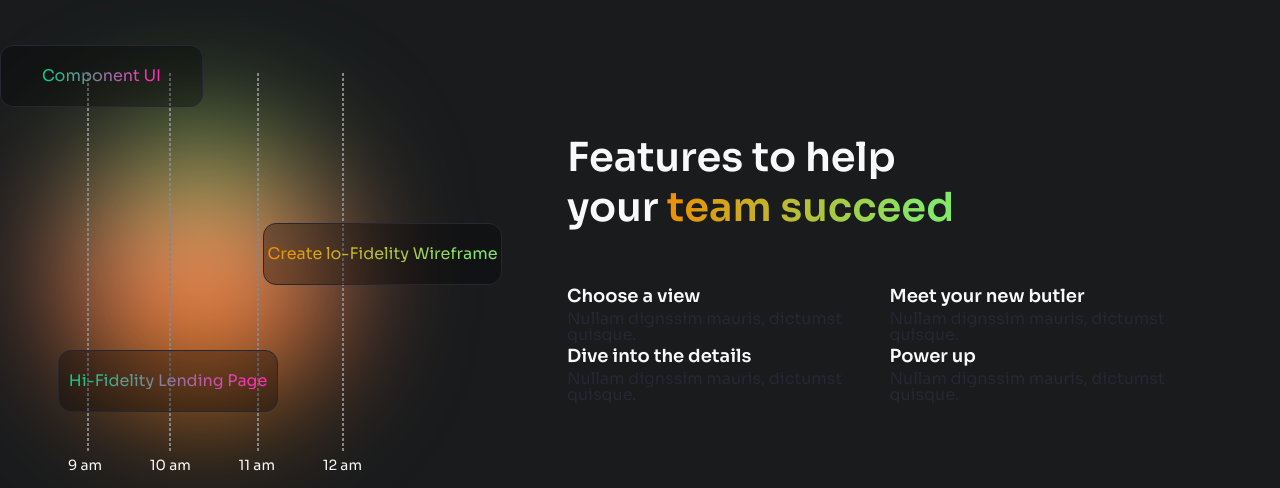
Repository: anhthiethumg/Task_Managerment_Website
Page: index.html
These files come from the project's save history. The page is drawn as it stood at one moment and after a run of saves; the edit follows.
The browser window is 1280 px wide. The pictures show the part of the page from y = 2400 to 2904 px (the page is 2888 px tall before and 2904 px after).
A picture or video elsewhere on the page could not be fetched, so the positions and the page height are approximate.

Above is the page before, as saved 2023-07-31 09:09:25.

### index.html
<!DOCTYPE html>
<html lang="en">
  <head>
    <meta charset="UTF-8" />
    <meta name="viewport" content="width=device-width, initial-scale=1.0" />
    <title>Task Managerment Website</title>
    <!-- Reset Css -->
    <link rel="stylesheet" href="./assets/css/reset.css" />

    <!-- CSS -->
    <link rel="stylesheet" href="./assets/css/styles.css" />

    <!-- Embed Font-->

    <link rel="preconnect" href="https://fonts.googleapis.com" />
    <link rel="preconnect" href="https://fonts.gstatic.com" crossorigin />
    <link
      href="https://fonts.googleapis.com/css2?family=Sora:wght@400;600;700;800&display=swap"
      rel="stylesheet"
    />
  </head>
  <body>
    <!-- Header -->
    <section class="header">
      <div class="container">
        <navbar class="row nav">
          <img src="./assets/image/logo.svg" alt="Task." />
          <div class="nav-list">
            <a class="nav-item" href="#!">Home</a>
            <a class="nav-item" href="#!">Products</a>
            <a class="nav-item" href="#!">Guidlines</a>
            <a class="nav-item" href="#!">Guidlines</a>
          </div>
          <button class="btn nav-btn">Sign In</button>
        </navbar>
        <section class="hero">
          <div class="row hero__content">
            <div class="stacked-circles">
              <div class="circles"></div>
              <div class="circles"></div>
              <div class="circles"></div>
              <div class="circles"></div>
            </div>
            <div class="hero--content__heading">
              <h1 class="hero__heading">
                Make <span class="heading__liner">Management</span> Way More
                Easier Than Ever
              </h1>
              <p class="hero__desc section-desc">
                The online collaborative management platform to bring more
                efficiency and performace
              </p>
              <div class="hero-btn row">
                <button type="button" class="btn hero__btn">
                  Request Demo
                </button>
                <button type="button" class="btn hero__btn">Contact Us</button>
              </div>
            </div>
            <div class="stacked-circles">
              <div class="circles"></div>
              <div class="circles"></div>
              <div class="circles"></div>
              <div class="circles"></div>
            </div>
          </div>
          <section class="task-manager row">
            <sidebar class="sidebar">
              <div class="row sidebar__header">
                <img
                  src="./assets/icons/icon-sidebar.svg"
                  alt="icon-sidebar"
                  class="icon__sidebar"
                />
                <img
                  src="./assets/icons/dashboard-icon.svg"
                  alt="dashboard-icon"
                  class="dashboard-icon"
                />
                <h4 class="sidebar__heading">Dashboard</h4>
              </div>
              <div class="sidebar__list">
                <h4 class="sidebar__list--heading">Collections</h4>
                <div class="sidebar__list--item">
                  <h5 class="sidebar__item--content">School</h5>
                </div>
                <div class="sidebar__list--item">
                  <h5 class="sidebar__item--content">Personal</h5>
                </div>
              </div>
            </sidebar>
            <section class="task-manager__section">
              <div class="task__header row">
                <img src="./assets/icons/school.png" alt="Back" class="back" />
                <img
                  src="./assets/icons/contact us icon.png"
                  alt="Contact"
                  class="contact-us"
                />
              </div>
              <div class="task__content row">
                <div class="list--work">
                  <div class="list-sort">Sort</div>
                  <div class="work--item">Finish the Easay collaboration</div>
                  <div class="work--item">Do the math for next monday</div>
                  <div class="work--item">
                    Read the next chapter of the book
                  </div>
                  <div class="work--item">
                    Send the collabaration files to jerusha
                  </div>
                  <div class="work--item">
                    Finish the powerpoint presentation
                  </div>
                  <div class="work--item">Add task</div>
                </div>
                <div class="daily-task">
                  <div class="dailytask__heading">Daily task.</div>
                  <img
                    class="dailytask__img"
                    src="./assets/image/Rectangle 50.png"
                    alt="Daily task"
                  />
                </div>
              </div>
              <div class="card">
                <div class="card__heading">Collections</div>
                <div class="card__list">
                  <div class="card__item">
                    <div class="card__item--icon"></div>
                    <div class="card__item--content">
                      <h4 class="card__item--title">School</h4>
                      <p class="card__item--desc">4 task plus tomorrow.</p>
                    </div>
                  </div>
                  <div class="card__item">
                    <div class="card__item--icon"></div>
                    <div class="card__item--content">
                      <h4 class="card__item--title">Personal</h4>
                      <p class="card__item--desc">1 task plus today.</p>
                    </div>
                  </div>
                  <div class="card__item">
                    <div class="card__item--icon"></div>
                    <div class="card__item--content">
                      <h4 class="card__item--title">Design</h4>
                      <p class="card__item--desc">3 task plus rewt week.</p>
                    </div>
                  </div>
                </div>
              </div>
            </section>
          </section>
        </section>
      </div>
    </section>

    <!-- Main -->
    <main class="main">
      <div class="container">
        <!-- Services -->
        <section class="services">
          <div class="services__icon--list">
            <div class="services__icon--bg">
              <img
                src="./assets/icons/report.png"
                alt="Report"
                class="services__icon"
              />
            </div>
            <img src="./assets/icons/dash line-1.svg" alt="dash-line" />
            <div class="services__icon--bg">
              <img
                src="./assets/icons/server.png"
                alt="Server"
                class="services__icon"
              />
            </div>

            <img src="./assets/icons/dash line-1.svg" alt="dash-line" />
            <div class="services__icon--bg">
              <img
                src="./assets/icons/support.png"
                alt="Support"
                class="services__icon"
              />
            </div>
          </div>
          <div class="services__list row">
            <div class="services__items">
              <h3 class="services__heading">Structured Reports</h3>
              <p class="services__desc">
                Sed rhoncus sit sed tellus donec lorem lectus nunc, ornare
              </p>
            </div>
            <div class="services__items">
              <h3 class="services__heading">Cloud System</h3>
              <p class="services__desc">
                Sed rhoncus sit sed tellus donec lorem lectus nunc, ornare
              </p>
            </div>
            <div class="services__items">
              <h3 class="services__heading">24/7 Support</h3>
              <p class="services__desc">
                Sed rhoncus sit sed tellus donec lorem lectus nunc, ornare
              </p>
            </div>
          </div>
        </section>

        <!-- Static -->

        <section class="static row">
          <section class="static__content">
            <h2 class="static__heading section__heading">
              Okay, <span class="heading__liner">Let’s</span> see D’task in
              numbers
            </h2>
            <p class="static__desc section__desc">
              Powering a productive team means using a powerful tool (and plenty
              of snacks). From meetings and projects to events and goal setting,
              D'taak intuitive features give any team the ability to quickly set
              up and customize workflows for just about anything
            </p>
            <div class="static__dot row">
              <div class="dot"></div>
              <div class="dot"></div>
              <div class="dot"></div>
            </div>
            <div class="static__list row">
              <div class="static__item">
                <div class="static--item__number">12M</div>
                <div class="static--item__title">Support</div>
              </div>
              <div class="static__item">
                <div class="static--item__number">16</div>
                <div class="static--item__title">Active User</div>
              </div>
              <div class="static__item">
                <div class="static--item__number">7/24</div>
                <div class="static--item__title">Languages</div>
              </div>
            </div>
          </section>
          <div class="static__media">
            <img
              class="static--media__bg"
              src="./assets/image/static_background.svg"
              alt="background"
            />
            <div class="dash-shape"></div>
            <div class="dash-shape"></div>
            <div class="dash-shape"></div>
            <div class="dash-shape"></div>
            <!-- <div class="static--media__item row">
              <h3 class="static--media__title ">
                <span class="heading__liner">Online Support</span>
              </h3>
              <img class="static--media__icons" src = "./assets/icons/video-button.svg"/>
            </div>
            <div class="static--media__item row">
              <h3 class="static--media__title ">
                <span class="heading__liner">Exercitation</span>
              </h3>
              <img class="static--media__icons" src = "./assets/icons/Exercitation-icon.svg"/>
            </div>
            <div class="static--media__item row">
              <h3 class="static--media__title ">
                <span class="heading__liner">D’ task</span>
              </h3>
              <img class="static--media__icons" src = "./assets/icons/video-button.svg"/>
            </div>
            <div class="static--media__item row">
              <h3 class="static--media__title ">
                <span class="heading__liner">Design</span>
              </h3>
              <img class="static--media__icons" src = "./assets/icons/video-button.svg"/>
            </div> -->
          </div>
        </section>
      </div>
      <!-- Features -->
      <section class="features">
        <div class="container row">
          <div class="feature__meida">
            <div class="shape--blur"></div>
            <div class="block--line">
              <div class="dash--line">
                <div class="line"></div>
                <div class="dash-line__content">9 am</div>
              </div>
              <div class="dash--line">
                <div class="line"></div>
                <div class="dash-line__content">10 am</div>
              </div>
              <div class="dash--line">
                <div class="line"></div>
                <div class="dash-line__content">11 am</div>
              </div>
              <div class="dash--line">
                <div class="line"></div>
                <div class="dash-line__content">12 am</div>
              </div>
            </div>
            <div class="feature--btn">
              <div class="feature__btn btn">
                <span class="heading__liner"> Component UI </span>
              </div>
              <div class="feature__btn btn">
                <span class="heading__liner">
                  Create lo-Fidelity Wireframe
                </span>
              </div>
              <div class="feature__btn btn">
                <span class="heading__liner"> Hi-Fidelity Lending Page </span>
              </div>
            </div>
          </div>
          <div class="feature__content">
            <h2 class="section__heading feature__heading">
              Features to help your
              <span class="heading__liner"> team succeed </span>
            </h2>
            <div class="feature__list">
              <div class="feature__item">
                <h3 class="feature--item__title">Choose a view</h3>
                <p class="feature__desc">
                  Nullam dignssim mauris, dictumst quisque.
                </p>
              </div>
              <div class="feature__item">
                <h3 class="feature--item__title">Meet your new butler</h3>
                <p class="feature__desc">
                  Nullam dignssim mauris, dictumst quisque.
                </p>
              </div>
              <div class="feature__item">
                <h3 class="feature--item__title">Dive into the details</h3>
                <p class="feature__desc">
                  Nullam dignssim mauris, dictumst quisque.
                </p>
              </div>
              <div class="feature__item">
                <h3 class="feature--item__title">Power up</h3>
                <p class="feature__desc">
                  Nullam dignssim mauris, dictumst quisque.
                </p>
              </div>
            </div>
          </div>
        </div>
      </section>
    </main>
  </body>
</html>

### assets/css/styles.css
* {
  box-sizing: border-box;
}

html {
  font-size: 62.5%;
}

:root {
  color: var(--text-color-gray-2, #282c30);
  color: var(--text-color-white, #f9f9f9);
  color: var(
    --primary-color-leniar-color,
    linear-gradient(90deg, #eb9204 1.67%, #83e868 89.99%)
  );
  color: var(--primary-color-background, #131517);
  color: var(--text-color-dark-blue, #272633);
}

body {
  font-size: 1.6rem;
  font-family: "Sora", sans-serif;
  background: var(--primary-color-background, #131517);
}

/* Common */

a {
  text-decoration: none;
}

.container {
  width: 1144px;
  margin: 0 auto;
}

.row {
  display: flex;
}

.btn {
  width: 110px;
  height: 40px;
  border-radius: 8px;
  border: 1px solid var(--text-color-dark-blue, #272633);
  background: #131517;
  text-align: center;
}

.section__desc {
  color: var(--text-color-gray-1, #858b93);
  text-align: center;
  font-size: 1.6rem;
  font-weight: 400;
  line-height: 1.625;
}

.section__heading {
  color: var(--text-color-white, #f9f9f9);
  font-size: 4rem;
  font-weight: 600;
}
/* Header */

.header {
  margin-top: 40px;
  margin-bottom: 140px;
  padding-top: 10px;
}

/* Navbar */

.nav {
  justify-content: space-between;
  align-items: center;
  height: 40px;
  margin-bottom: 157px;
}

.nav-item {
  margin-right: 36px;
  color: var(--text-color-gray-1, #858b93);
  font-size: 1.6rem;
  font-weight: 400;
  line-height: 1.5;
}

.nav-item:hover {
  color: var(--text-color-white, #f9f9f9);
  text-decoration: underline;
}

.nav-btn {
  background: var(
    --primary-color-leniar-color,
    linear-gradient(90deg, #eb9204 1.67%, #83e868 89.99%)
  );
  background-clip: text;
  -webkit-background-clip: text;
  -webkit-text-fill-color: transparent;
  font-size: 1.6rem;
  font-weight: 400;
  line-height: 1.5;
}

/* hero-content */
.hero__content {
  padding: 0 25px;
  justify-content: space-between;
}
.hero__heading {
  margin: 0 auto 34px;
  width: 783px;
  color: var(--text-color-white, #f9f9f9);
  text-align: center;
  font-size: 6rem;
  font-weight: 700;
  line-height: 1.17;
}

.heading__liner {
  background: var(
    --primary-color-leniar-color,
    linear-gradient(90deg, #eb9204 1.67%, #83e868 89.99%)
  );
  background-clip: text;
  -webkit-background-clip: text;
  -webkit-text-fill-color: transparent;
}

.hero__desc {
  width: 447px;
  margin: 0 auto 44px;
}

.hero-btn {
  justify-content: center;
  gap: 30px;
}

.hero__btn {
  margin-bottom: 111px;
  width: 199px;
  height: 54px;
  color: var(--text-color-white, #f9f9f9);
  font-size: 1.6rem;
  font-weight: 400;
  line-height: 1.625;
}

.hero__btn:hover {
  background: var(
    --primary-color-leniar-color,
    linear-gradient(90deg, #eb9204 1.67%, #83e868 89.99%)
  );
}

/* hero circle */

.stacked-circles {
  display: flex;
  flex-direction: column;
  align-items: center;
  margin-top: -75px;
}

.circles {
  fill: linear-gradient(180deg, #111118 4.96%, rgba(43, 43, 61, 0) 100%);
  box-shadow: 0px 39px 31px 0px #313141 inset;
  border-radius: 50%;
}
.circles:first-child {
  width: 121px;
  height: 121px;
  margin-bottom: 41px;
}

.circles:nth-child(2) {
  width: 39px;
  height: 39px;
  margin-bottom: 36px;
}

.circles:nth-child(3) {
  width: 25px;
  height: 25px;
  margin-bottom: 39px;
}

.circles:last-child {
  width: 14px;
  height: 14px;
  flex-shrink: 0;
}

/* task manager */

.task-manager {
  width: 848px;
  height: 366px;
  border-radius: 8px 8px 0px 0px;
  background: #1f2326;
  margin-left: 180px;
}

.sidebar {
  padding: 18px 0 0 16px;
}

.sidebar__header {
  width: 192px;
  height: 39px;
  align-items: center;
}

.icon__sidebar {
  width: 9px;
  height: 9px;
  margin-right: 25px;
}

.dashboard-icon {
  width: 13px;
  height: 11px;
  margin-right: 17px;
}

.sidebar__heading {
  color: #98989c;
  font-size: 1.4rem;
  font-weight: 600;
}

.sidebar__list--heading {
  margin: 15px 0 15px;
  color: var(--text-color-white, #f9f9f9);
  font-size: 1.4rem;
  font-weight: 600;
}

.sidebar__list--item {
  width: 192px;
  height: 39px;
  display: flex;
  align-items: center;
}

.sidebar__list--item:hover {
  background: #2b2d2f;
}
.sidebar__item--content {
  color: var(--text-color-gray-1, #858b93);
  font-size: 1.2rem;
  font-weight: 600;
  opacity: 0.6000000238418579;
  display: flex;
  align-items: center;
}

.sidebar__item--content::before {
  display: inline-block;
  content: " ";
  width: 17px;
  height: 17px;
  border-radius: 5px;
  background: #ae8ff9;
  margin-right: 10px;
}

.task-manager__section {
  position: relative;
  margin-top: 28px;
  margin-right: 15px;
  background: #0d1012;
  width: 100%;
  padding: 30px;
}

.task__header {
  margin-left: 140px;
  justify-content: space-between;
}

.list--work {
  width: 362px;
  margin-right: 52px;
}

.list-sort {
  color: #838386;
  font-size: 1.2rem;
  font-weight: 400;
  text-align: right;
  height: 30px;
}

.list-sort::before {
  display: inline-block;
  content: " ";
  width: 10px;
  height: 5px;
  border-radius: 5px;
  margin-right: 10px;
  background-image: url(../icons/sort.svg);
  margin-left: 10px;
}
.work--item {
  display: flex;
  align-items: center;
  margin-bottom: 10px;
  width: 100%;
  height: 30px;
  border-radius: 10px;
  background: #14181b;
  color: #9ea1a7;
  font-size: 1rem;
  font-weight: 300;
}

.work--item:before {
  display: inline-block;
  content: " ";
  width: 14px;
  height: 14px;
  border-radius: 5px;
  margin-right: 10px;
  background-image: url(../icons/check.svg);
  margin-left: 10px;
}

.work--item:last-child:before {
  background-image: url(../icons/add.svg);
}

.dailytask__heading {
  color: var(--text-color-white, #f9f9f9);
  font-size: 1.4rem;
  font-weight: 400;
  margin-bottom: 20px;
}

.dailytask__img {
  width: 167px;
  height: 218px;
  flex-shrink: 0;
  border-radius: 17px;
  background: rgba(13, 16, 18, 0.24);
}

.card {
  position: absolute;
  width: 216px;
  height: 335px;
  border-radius: 15px 15px 22px 22px;
  background: #0d1012;
  padding: 26px 15px;
  left: -295px;
  top: 150px;
}

.card__heading {
  color: #f9f9f9;
  font-size: 1.4rem;
  font-weight: 600;
  margin-left: 10px;
  margin-bottom: 21px;
}

.card__item {
  display: flex;
  align-items: center;
  width: 188px;
  height: 78px;
  border-radius: 13px;
  background: #14181b;
  margin-bottom: 8px;
}
.card__item--icon {
  width: 33px;
  height: 33px;
  border-radius: 12px;
  margin: 12px;
}

.card__item:first-child .card__item--icon {
  background: var(--primary-color-dark-orange, #ff7667);
}

.card__item:nth-child(2) .card__item--icon {
  background: var(--primary-color-blue, #ae8ff9);
}

.card__item:last-child .card__item--icon {
  background: var(--primary-color-green, #0cce84);
}

.card__item--title {
  color: #fff;
  font-size: 1.4rem;
  font-weight: 600;
  margin-bottom: 3px;
}

.card__item--desc {
  color: var(--text-color-gray-1, #858b93);
  font-size: 1rem;
  font-weight: 400;
}

/* services */

.services {
  padding: 41px 50px 53px 50px;
  margin-top: 286px;
  margin-bottom: 140px;
  width: 1096px;
  height: 331px;
  border-radius: 27px;
  background: var(--text-color-gray-2, #282c30);
}

.services__icon--list {
  display: flex;
  align-items: center;
  justify-content: space-around;
  margin: 30px 50px;
}

.services__icon--bg {
  background: var(--primary-color-green, #0cce84);
  width: 62px;
  height: 62px;
  border-radius: 50%;
  display: flex;
  align-items: center;
  justify-content: center;
}

.services__icon--bg:nth-child(2) {
  background: var(--primary-color-dark-yellow, #ef8f00);
}

.services__icon--bg:last-child {
  background: var(--primary-color-blue, #ae8ff9);
}
.services__icon {
  width: 32px;
  height: 32px;
}

.services__list {
  justify-content: space-between;
}

.services__items {
  width: 238px;
  text-align: center;
}

.services__heading {
  color: var(--text-color-white, #f9f9f9);
  font-size: 2.2rem;
  font-weight: 600;
  line-height: 1.45;
}

.services__desc {
  color: #858b93;
  font-size: 1.6rem;
  font-weight: 400;
  line-height: 1.625;
}

/* Static */
.static__content {
  width: 537px;
  margin-bottom: 140px;
}
.static__heading {
  width: 368px;
  margin-bottom: 22px;
}

.static__desc {
  width: 537px;
  height: 106px;
  text-align: left;
  margin-bottom: 86px;
}

.static__dot {
  gap: 6px;
  justify-content: center;
  margin-bottom: 28px;
  margin-left: -105px;
}
.dot {
  width: 6px;
  height: 6px;
  border-radius: 50%;
  background: #838386;
}

.dot:nth-child(2) {
  background: #ef8f00;
}

.static__list {
  gap: 17px;
}
.static__item {
  text-align: center;
  padding-top: 21px;
  width: 132px;
  height: 127px;
  border-radius: 9px;
  background: var(--text-color-dark-blue, #272633);
}

.static__item:nth-child(odd) {
  margin-top: -30px;
}

.static__item:nth-child(2) {
  background: linear-gradient(
    191deg,
    #c4f566 7.35%,
    #ae8ef9 28.41%,
    #ef8f00 60.81%,
    #61e559 100%
  );
}

.static__item:nth-child(2) .static--item__title {
  color: var(--text-color-white, #f9f9f9);
}
.static--item__number {
  color: var(--text-color-white, #f9f9f9);
  font-size: 3rem;
  font-weight: 600;
  margin-bottom: 16px;
}

.static--item__title {
  color: var(--text-color-gray-1, #858b93);
  font-size: 1.6rem;
  font-weight: 400;
  line-height: 1.625;
}

.static__media {
  position: relative;
}

.static--media__bg {
  position: absolute;
}
.dash-shape {
  position: absolute;
  width: 455px;
  height: 455px;
  border-radius: 455px;
  border: 2px dashed #2f2f2f;
  top: 50px;
  left: 50px;
}

.dash-shape:nth-child(2) {
  width: 336px;
  height: 336px;
  top: 110px;
  left: 110px;
}

.dash-shape:nth-child(3) {
  width: 209px;
  height: 209px;
  background: #6aea5c;
  opacity: 0.5;
  border: 2px solid #6aea5c;
  top: 170px;
  left: 170px;
}

.dash-shape:nth-child(4) {
  width: 137px;
  height: 137px;
  background: #6aea5c;
  border: 2px solid #6aea5c;
  top: 205px;
  left: 205px;
}
/*
.static--media__item {
  position: absolute;
  justify-content: space-between;
  align-items: center;
  width: 225px;
  height: 61px;
  border-radius: 5px;
  background: #27292c;
  padding: 20px;

}

.static--media__item:nth-child(1) {
  top: 50px;
  left: 150px;
}
.static--media__item:nth-child(2) {
  top: 450px;
  left: 150px;
}
.static--media__item:nth-child(3) {
  top: 150px;
  left: 10px;
}
.static--media__item:nth-child(4) {
  top: 150px;
  left: 150px;
} */

/* Feature */
.features {
  background: #191b1d;
  padding: 153px 0 85px 0;
}

.feature__meida {
  position: relative;
  margin-right: 232px;
}
.shape--blur {
  width: 267px;
  height: 267px;
  border-radius: 267px;
  background: linear-gradient(180deg, #6aea5c 0%, #fd7566 48.53%, #ef8f00 100%);
  filter: blur(66px);
}

.block--line {
  position: absolute;
  top: -60px;
  width: 294px;
  height: 378px;
  display: flex;
  justify-content: space-between;
}

.line {
  height: 100%;
  width: 1px;
  border: 1px dashed #888787;
  align-items: center;
  margin-left: 19px;
  margin-bottom: 7px;
}

.dash-line__content {
  color: #f9f9f9;
  font-size: 1.4rem;
  font-weight: 400;
}

.feature--btn {
  position: relative;
}

.feature__btn {
  position: absolute;
  border-radius: 13px;
  height: 62px;
  background: rgba(0, 0, 0, 0.32);
  display: flex;
  justify-content: center;
  align-items: center;
}

.feature__btn:nth-child(1) {
  top: -355px;
  left: -68px;
  width: 203px;
}

.feature__btn:nth-child(2) {
  width: 239px;
  top: -177px;
  left: 195px;
}
.feature__btn:nth-child(3) {
  width: 220px;
  top: -50px;
  left: -10px;
}

.feature__btn:nth-child(1) .heading__liner,
.feature__btn:nth-child(3) .heading__liner {
  background: linear-gradient(90deg, #0cce84 0%, #ff2eb8 94.43%);
  background-clip: text;
  -webkit-background-clip: text;
  -webkit-text-fill-color: transparent;
}

.feature__heading {
  width: 399px;
  line-height: 1.25;
}

.feature__heading {
  margin-bottom: 50px;
}

.feature__list {
  display: grid;
  grid-template-columns: 1fr 1fr;
}

.feature--item__title {
  color: var(--text-color-white, #f9f9f9);
  font-size: 1.8rem;
  font-weight: 600;
  line-height: 1.55;

}

Loaded but not shown: assets/css/reset.css (common file)

After the next 3 saves:
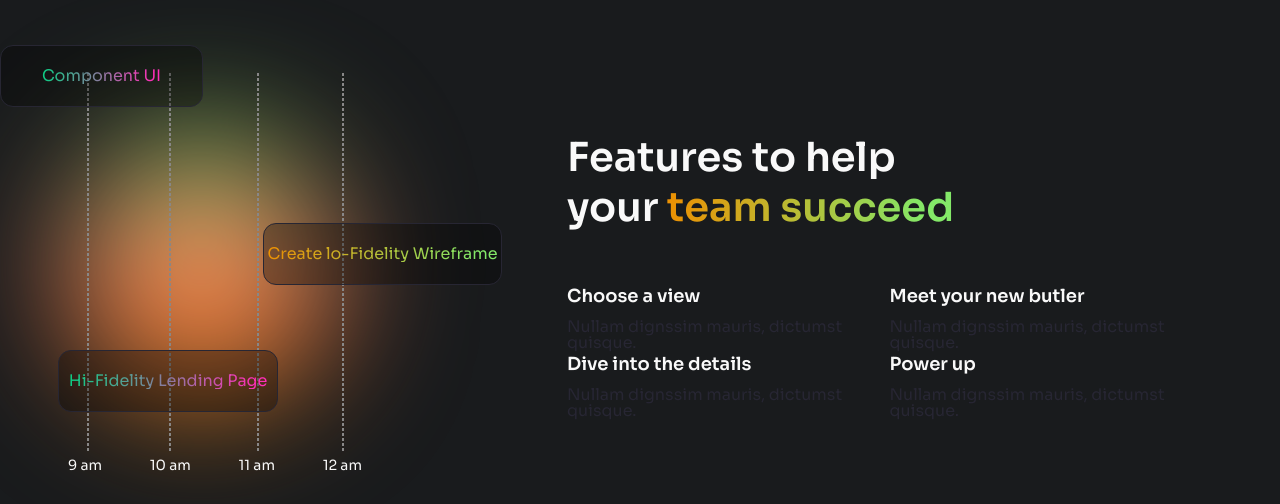
The 3 saves are shown as one change because they came seconds apart.
The last was saved 8 s later.
--- a/assets/css/styles.css
+++ b/assets/css/styles.css
@@ -720,5 +720,5 @@ a {
   font-size: 1.8rem;
   font-weight: 600;
   line-height: 1.55;
-
-}
+  margin-bottom: 8px;
+}
